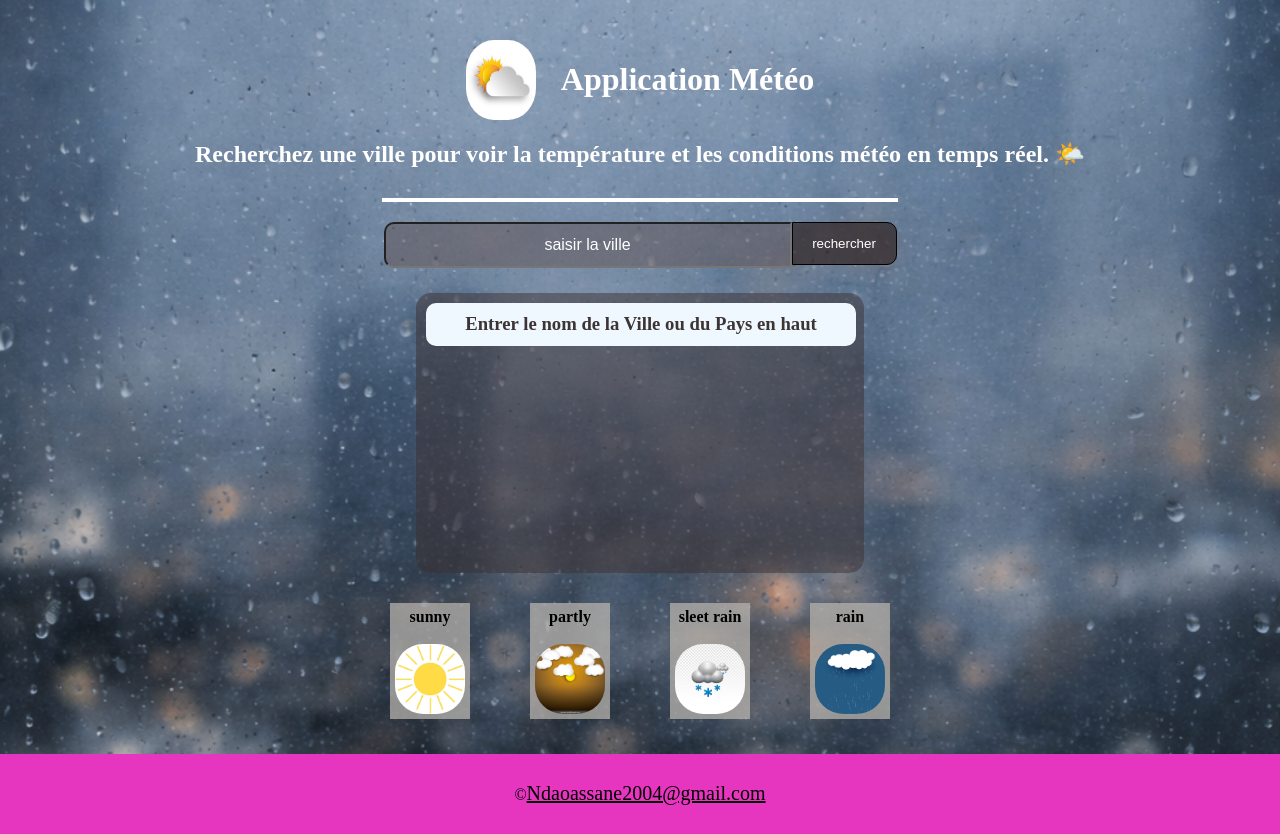
Repository: assanendao171/meteo
Page: index.html
An editor plug-in stored every save of this project. The page is shown before and after a run of saves, followed by the edit.
The browser window is 1280 px wide. The pictures show the whole page.

Above is the page before, as saved 2026-03-16 13:11:58.

### index.html
<!DOCTYPE html>
<html lang="en">

<head>
    <meta charset="UTF-8">
    <meta name="viewport" content="width=device-width, initial-scale=1.0">
    <title>Document</title>
    <link rel="stylesheet" href="meteo2.css">
</head>

<body>
    <div id="haut">
        <img src="icone.jpg" alt="icone" id="photosoleil">
        <h1>Application Météo </h1>
    </div>
    <h2>Recherchez une ville pour voir la température et les conditions météo en temps réel. 🌤️</h2>
    <hr>
            <div id="bloc">
            <input type="text" id="input" placeholder="saisir la ville">
            <button id="btn">rechercher</button>
        </div>
    <div id="contain">

        <div id="resultat">
            <h3 id="h3">Entrer le nom de la Ville ou du Pays en haut</h3>
        </div>
    </div>
    <div id="contain2">
        <div id="enfant">
            <h4>sunny</h4><br>
            <img src="sunny.jpg" alt="" id="photobas">
        </div>



        <div id="enfant">
            <h4>partly </h4><br>
            <img src="partlycloud.jpg" alt="" id="photobas">
        </div>

        <div id="enfant">
            <h4>sleet rain</h4><br>
            <img src="sleetrain.jpg" alt="" id="photobas">
        </div>

        <div id="enfant">
            <h4>rain</h4><br>
            <img src="rain.jpg" alt="" id="photobas">
        </div>



    </div>
    </div>
    <footer>
        <p id="p">&copy;<a href="mailto:Ndaoassane2004@gmail.com">Ndaoassane2004@gmail.com</a></p>
    </footer>
    <script src="meteo2.js"></script>
</body>

</html>

### meteo2.css
body {
  display: flex;
  flex-direction: column;
  justify-content: center;
  justify-content: center;
  align-items: center;
  background-image: url("background.png");
  background-position: center;
  background-repeat: no-repeat;
  background-size: cover;
  color: rgb(255, 255, 255);
  padding-top: 40px;
  margin: 0;
}
#haut{
  display: flex;
  gap: 25px;
}
#bloc{
    display: flex;
    flex-direction: row;
    justify-content: center;
}
#photosoleil{
  width: 70px;
    border-radius: 40%;

}
#photobas{
  width: 70px;
    border-radius: 40%;

}
#recherche{
  width: 40px;
}
hr {
  color: white;
  border: 2px solid white;
  margin-top: 10px;
  width: 40%;
  margin-bottom: 20px;
}
#contain {
  margin-top: 25px;
  text-align: center;
  width: 35%;
background-color: rgba(59, 47, 47, 0.479);
  border-radius: 15px;
  height: 280px;
}
input {
  width: 400px;
  height: 40px;
  border-radius: 10px 0 0 10px;
background-color: rgba(97, 81, 81, 0.479);
color: white;
font-size: 1rem;
}
::placeholder{
  color: white;
  font-size: 1rem;
  text-align: center;
}
button {
  height: 43px;
  width: 105px;
  border-radius: 0 10px 10px 0;
  color: white;
  cursor: pointer;
  border: 1px solid black;
background-color: rgba(49, 36, 36, 0.692);
}

#resultat {
  margin-top: 60px;
  background-color: aliceblue;
width: 96%;
margin: 10px;
height: 43px;
border-radius: 10px;
display: flex;
flex-direction: column;
justify-content: center;
align-items: center;

}
h3 {
  color: rgb(61, 52, 52);
  text-decoration: none;
}
#icone {
  color: rgb(70, 62, 62);
}
#enfant{
  background-color: rgba(184, 180, 175, 0.733);
  padding: 5px;
  display: flex;
  flex-direction: column;
  justify-content: center;
align-items: center;}
#contain2{
  display: flex;
  flex-direction: row;
  justify-content: flex-start;
  gap: 60px;
  padding-top: 30px;
  color: rgb(255, 39, 39);
}
h4{
  margin: 0;
  color: black;
}
footer{
  margin-top: 35px;
  width: 100%;
  height: 80px;
  background-color: rgb(230, 53, 191);
  color: black;
  text-shadow: none;
  display: flex;
  flex-direction: row;
  align-items: center;
  justify-content: center;
}
#p a{
  text-align: center;
  font-size: 20px;
  color: black;
}
/* les media query mobile */

@media(max-width:768px){
*{
box-sizing: border-box;
}
html, body {
  width: 100%;
  height: 100%;
  overflow-x: hidden;
  margin: 0;
}
#haut{
display: flex;
flex-direction: column;
justify-content: center;
align-items: center;
}
#photosoleil{
    width: 70px;
    border-radius: 40%;
}
hr {
  color: white;
  border: 2px solid white;
  margin-top: 10px;
  width: 60%;
  margin-bottom: 20px;
}
#contain {
  padding-top: 25px;
  text-align: center;
  width: 80%;
  background-color: aquamarine;
  border-radius: 15px;
  height: 280px;
}
input {
  width: 60%;
  height: 30px;
  border-radius: 15px;
  box-shadow: blue 1px 1px 6px 1px;
  margin-left:15px;
}
button {
  height: 30px;
  width: 95px;
  border-radius: 15px;
  color: white;
  cursor: pointer;
  border: 1px solid white;
    margin-right: 15px;

}
button:hover {
  background-color: rgb(255, 255, 255);
  color: rgb(0, 4, 255);
  cursor: pointer;
  border: 1px solid blue;
  transform: scale(1.1);
  transition: 0.5s;
}
#resultat {
  background-color: aliceblue;
  display: flex;
  flex-direction: column;
  justify-content: center;
  justify-content: center;
  align-items: center;
  width: 60%;
  height: 120px;
  border-radius: 20px;
  font-size: 15px;
}
#recherche{
  width: 30px;
  height: 25px;
}
h3 {
  color: rgb(61, 52, 52);
  text-decoration: none;
  font-size: 15px;
  margin: 10px;
}
h1,h2{
  font-size: 20px;
  text-align: center;
  margin: 10px;
}
#enfant{
  background-color: rgba(184, 180, 175, 0.733);
  padding: 10px;
  display: flex;
  flex-direction: column;
  justify-content: center;
align-items: center;
border-radius: 15%;
}
#contain2{
  display: flex;
  flex-direction: row;
  justify-content: flex-start;
  gap: 15px;
  flex-wrap: wrap;
  color: rgb(255, 39, 39);
  margin-top: 35px;
}
#photobas{
    width: 35px;
    border-radius: 30%;
}
h4{
  margin: 0;
  color: black;
}
footer{
  margin-top: 80px;
  width: 100%;
  height: 130px;
  background-color: rgb(230, 53, 191);
  color: black;
  text-shadow: none;
  display: flex;
  flex-direction: row;
  align-items: center;
  justify-content: center;
}
#p a{
  text-align: center;
  font-size: 15px;
  color: black;
}
}

@media (min-width: 768px) and (max-width: 1024px) {
*{
box-sizing: border-box;
}
html, body {
  width: 100%;
  height: 100%;
  overflow-x: hidden;
  margin: 0;
}
#photosoleil{
    width: 100px;
    border-radius: 40%;
}
h1,h2{
  font-size: 30px;
  text-align: center;
  margin: 10px;
}
input {
  width: 60%;
  height: 40px;
  border-radius: 15px;
  box-shadow: blue 1px 1px 6px 1px;
  margin-left:15px;
}
button {
  height: 40px;
  width: 95px;
  border-radius: 15px;
  color: white;
  cursor: pointer;
  border: 1px solid white;
    margin-right: 15px;

}
button:hover {
  background-color: rgb(255, 255, 255);
  color: rgb(0, 4, 255);
  cursor: pointer;
  border: 1px solid blue;
  transform: scale(1.1);
  transition: 0.5s;
}
#resultat {
  background-color: aliceblue;
  display: flex;
  flex-direction: column;
  justify-content: center;
  justify-content: center;
  align-items: center;
  width: 80%;
  height: 120px;
  border-radius: 20px;
  font-size: 15px;
}
footer{
  margin-top: 80px;
  width: 100%;
  height: 160px;
  background-color: rgb(230, 53, 191);
  color: black;
  text-shadow: none;
  display: flex;
  flex-direction: row;
  align-items: center;
  justify-content: center;
}
#p a{
  text-align: center;
  font-size: 25px;
  color: black;
}
}

### meteo2.js
let input = document.getElementById("input");
let btn = document.getElementById("btn");
let h3 = document.getElementById("h3");
let icone = document.getElementById("icone");

let apiKey = "62ecfbc2ac82aa867b7d2b579270f663";
async function avoirMeteo(ville) {
  try {
    let data = await fetch(
      `https://api.openweathermap.org/data/2.5/weather?q=${ville}&appid=${apiKey}&units=metric`,
    );
    if (!data.ok) {
      throw new Error("ville introuvable !");
    }
    let reponse = await data.json();
    icone.textContent = "🔍";
    h3.textContent =`Recherche en cours...${input.value}`
    async function temps() {
      let meteo=reponse.weather[0].main
      let emoji=""
      if(meteo==="Clear"){
        emoji="☀️"
      }
      else if(meteo==="Clouds"){
        emoji="☁️"
      }
      else if(meteo==="Rain"){
        emoji= "🌧️"
      }
      else {
  emoji = "🌤️"
}
      await new Promise((resolve) => setTimeout(resolve, 4000));
      icone.textContent = "✅";
      h3.textContent = `🌡️ ${reponse.name} :${emoji} ${reponse.main.temp}°C, ${reponse.weather[0].description}`;
      input.value=""
    }
    temps();
  } catch (Error) {
    async function wait(){
          icone.textContent = "🔍";
    h3.textContent =`Recherche en cours...${input.value}`
      await new Promise(resolve=>setTimeout(resolve,4000))
    icone.textContent = "❌  ";
h3.textContent = "Ville introuvable ";    input.value=""
    }
    wait()
  }
}
btn.addEventListener("click", function () {
  if(input.value===""){
    alert("le champ est vide")
    return
  }
  let ville = input.value.trim();
  if (ville) {
    avoirMeteo(ville);
  }
});

After the next 4 saves:
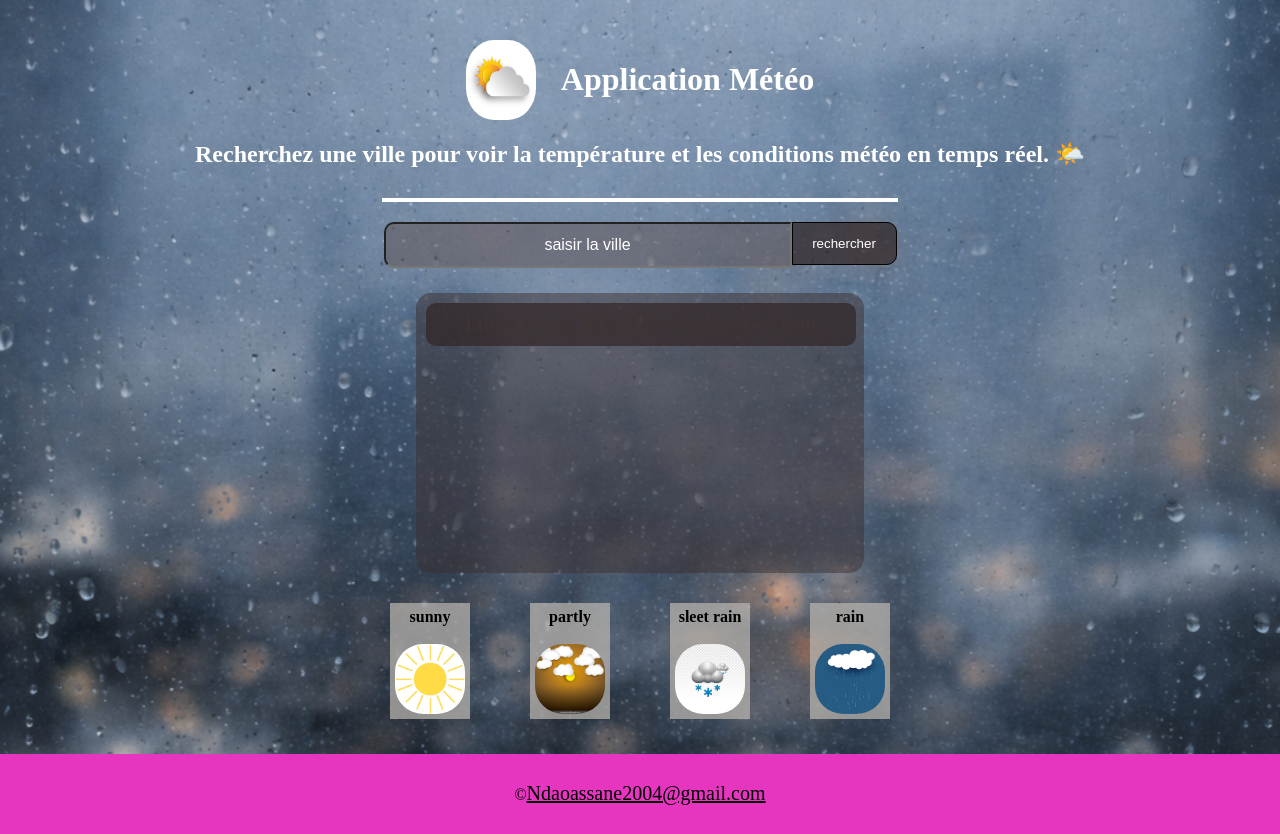
The 4 saves are shown as one change because they came seconds apart.
The last was saved 25 s later.
--- a/meteo2.css
+++ b/meteo2.css
@@ -83,7 +83,8 @@ display: flex;
 flex-direction: column;
 justify-content: center;
 align-items: center;
-
+background-color: rgba(49, 36, 36, 0.692);
+color: white;
 }
 h3 {
   color: rgb(61, 52, 52);
